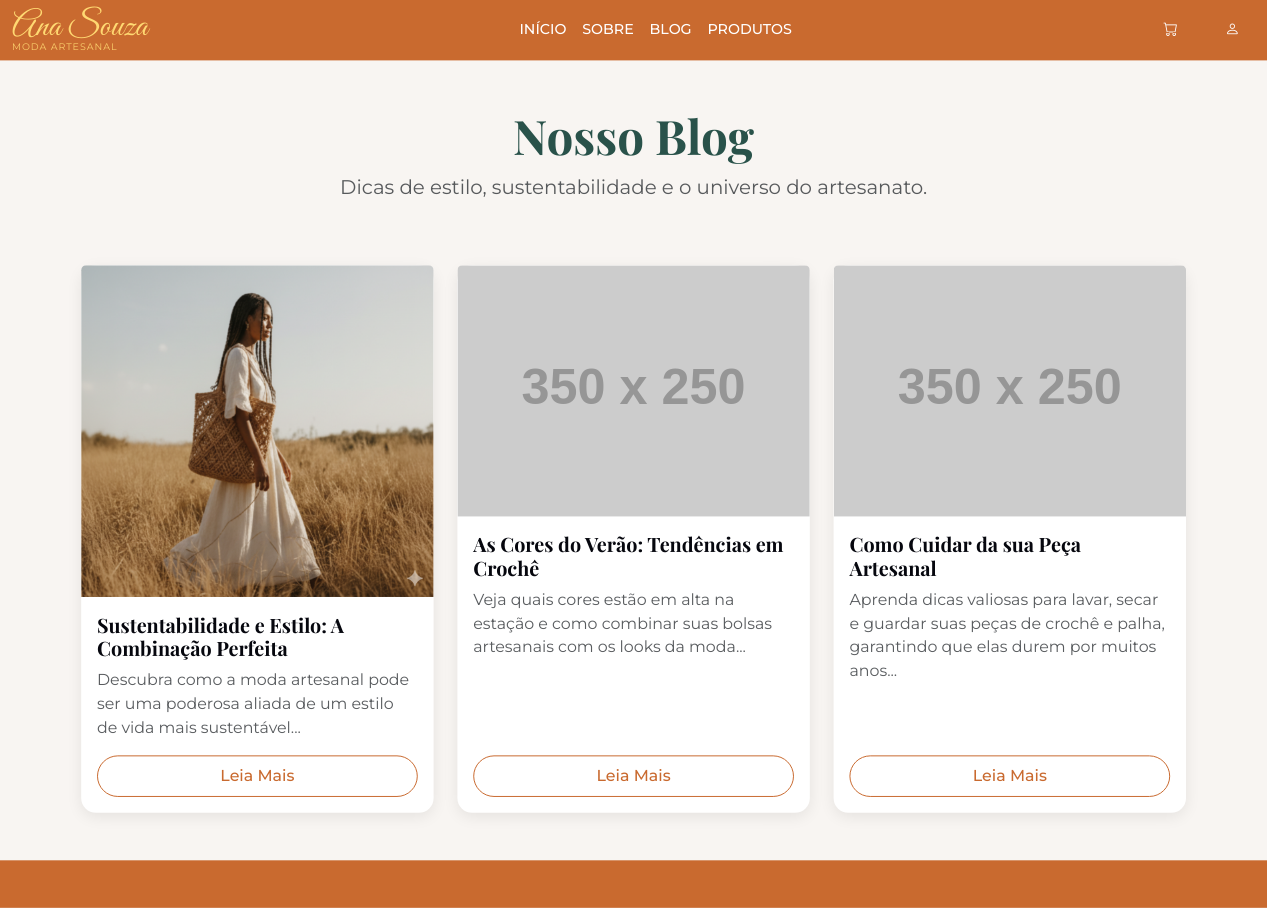
Repository: Lucascsg/projeto-anasouza-frontend
Page: blog.html
The author's editor kept a copy of each file at every save. The page is drawn from the files as they stood at one save, then again after the next save.
The browser window is 1280 px wide. The pictures show the whole page, at 99% of full size.

Above is the page before, as saved 2025-10-20 22:35:27.

### blog.html
<!DOCTYPE html>
<html lang="pt-br">
<head>
    <meta charset="UTF-8">
    <meta name="viewport" content="width=device-width, initial-scale=1.0">
    <title>Blog - Ana Souza</title>

    <link href="https://cdn.jsdelivr.net/npm/bootstrap@5.3.2/dist/css/bootstrap.min.css" rel="stylesheet" integrity="sha384-T3c6CoIi6uLrA9TneNEoa7RxnatzjcDSCmG1MXxSR1GAsXEV/Dwwykc2MPK8M2HN" crossorigin="anonymous">
    <link rel="stylesheet" href="css/style.css">
    <link rel="stylesheet" href="https://cdn.jsdelivr.net/npm/bootstrap-icons@1.11.1/font/bootstrap-icons.css">
    <link rel="preconnect" href="https://fonts.googleapis.com">
    <link rel="preconnect" href="https://fonts.gstatic.com" crossorigin>
    <link href="https://fonts.googleapis.com/css2?family=Montserrat:wght@400;500;600&family=Playfair+Display:wght@700&family=Great+Vibes&display=swap" rel="stylesheet">
    <link rel="stylesheet" href="https://unpkg.com/aos@next/dist/aos.css" />
</head>
<body>

    <header>
        <nav class="navbar navbar-expand-lg navbar-dark navbar-custom">
            <div class="container-fluid">
                <a class="navbar-brand logo-text" href="index.html">
                    <div>Ana Souza</div>
                    <small class="logo-subtitle">MODA ARTESANAL</small>
                </a>
                <button class="navbar-toggler" type="button" data-bs-toggle="collapse" data-bs-target="#navbarNav" aria-controls="navbarNav" aria-expanded="false" aria-label="Toggle navigation">
                    <span class="navbar-toggler-icon"></span>
                </button>
                <div class="collapse navbar-collapse" id="navbarNav">
                    <ul class="navbar-nav mx-auto">
                        <li class="nav-item"><a class="nav-link" href="index.html">Início</a></li>
                        <li class="nav-item"><a class="nav-link" href="index.html#sobre">Sobre</a></li>
                        <li class="nav-item"><a class="nav-link active" href="blog.html">Blog</a></li>
                        <li class="nav-item"><a class="nav-link" href="index.html#produtos">Produtos</a></li>
                    </ul>
                    <div class="navbar-icons d-flex">
                        <a href="carrinho.html" class="nav-link position-relative">
                            <i class="bi bi-cart"></i>
                            <span class="badge rounded-pill bg-danger position-absolute top-0 start-100 translate-middle" id="contador-carrinho" style="display: none;">0</span>
                        </a>
                        <a href="#" class="nav-link ms-3"><i class="bi bi-person"></i></a>
                    </div>
                </div>
            </div>
        </nav>
    </header>

    <main class="container my-5">
        <div class="row">
            <div class="col-12 text-center mb-5">
                <h1 class="display-5 fw-bold">Nosso Blog</h1>
                <p class="lead text-muted">Dicas de estilo, sustentabilidade e o universo do artesanato.</p>
            </div>
        </div>

        <div class="row gy-4" id="lista-posts">
            <div class="col-md-6 col-lg-4">
                <div class="card product-card h-100">
                    <img src="imagens/modelobolsa.png" class="card-img-top" alt="Post sobre Sustentabilidade">
                    <div class="card-body d-flex flex-column">
                        <h5 class="card-title">Sustentabilidade e Estilo: A Combinação Perfeita</h5>
                        <p class="card-text text-muted">Descubra como a moda artesanal pode ser uma poderosa aliada de um estilo de vida mais sustentável...</p>
                        <a href="#" class="btn btn-outline-dark mt-auto">Leia Mais</a>
                    </div>
                </div>
            </div>

            <div class="col-md-6 col-lg-4">
                <div class="card product-card h-100">
                    <img src="https://via.placeholder.com/350x250" class="card-img-top" alt="Post sobre Cores">
                    <div class="card-body d-flex flex-column">
                        <h5 class="card-title">As Cores do Verão: Tendências em Crochê</h5>
                        <p class="card-text text-muted">Veja quais cores estão em alta na estação e como combinar suas bolsas artesanais com os looks da moda...</p>
                        <a href="#" class="btn btn-outline-dark mt-auto">Leia Mais</a>
                    </div>
                </div>
            </div>

            <div class="col-md-6 col-lg-4">
                <div class="card product-card h-100">
                    <img src="https://via.placeholder.com/350x250" class="card-img-top" alt="Post sobre Cuidados">
                    <div class="card-body d-flex flex-column">
                        <h5 class="card-title">Como Cuidar da sua Peça Artesanal</h5>
                        <p class="card-text text-muted">Aprenda dicas valiosas para lavar, secar e guardar suas peças de crochê e palha, garantindo que elas durem por muitos anos...</p>
                        <a href="#" class="btn btn-outline-dark mt-auto">Leia Mais</a>
                    </div>
                </div>
            </div>
        </div>
    </main>

    <footer class="py-4 footer-custom">
       </footer>

    <script src="https://cdn.jsdelivr.net/npm/bootstrap@5.3.2/dist/js/bootstrap.bundle.min.js"></script>
    <script src="https://unpkg.com/aos@next/dist/aos.js"></script>
    <script src="js/blog.js"></script>
</body>
</html>

### css/style.css
/* =================================== */
/* VARIÁVEIS GLOBAIS E ESTILOS BASE    */
/* =================================== */
:root {
    /* Sua paleta de cores (mantive suas últimas alterações) */
    --cor-base-escura: #c96a2f;
    --cor-acao-vibrante: #854D27;
    --cor-detalhe-quente: #29524A;
    --cor-texto-escuro: #06070E;

    /* Cores Neutras e de Fundo */
    --cor-fundo-claro: #F8F5F2;
    --cor-texto-claro: #FFFFFF;
}

body {
    font-family: 'Montserrat', sans-serif;
    background-color: var(--cor-fundo-claro);
    color: var(--cor-texto-escuro);
}

h1, h2, h3, h4, h5, h6 {
    font-family: 'Playfair Display', serif;
    color: var(--cor-detalhe-quente);
}

/* =================================== */
/* ESTILOS DA BARRA DE NAVEGAÇÃO       */
/* =================================== */
.navbar-custom {
    background-color: var(--cor-base-escura);
}
/* ... (O resto dos estilos da navbar e do logo permanecem como você enviou) ... */
.navbar-brand.logo-text {
    display: flex;
    flex-direction: column;
    justify-content: center;
    padding: 0;
    position: relative;
    top: 2px;
}
.navbar-brand div {
    font-family: 'Great Vibes', cursive;
    font-size: 2.2rem;
    color: #FFD972 !important;
    line-height: 1;
    font-weight: normal;
}
.navbar-brand .logo-subtitle {
    font-family: 'Montserrat', sans-serif;
    font-size: 0.6rem;
    text-transform: uppercase;
    letter-spacing: 0.1em;
    display: block;
    opacity: 0.9;
    color: #FFD972;
    margin-top: -5px;
}
/* ... (outros estilos da navbar que você enviou) ... */
.navbar-custom .navbar-brand img {
    height: 40px;
}
.navbar-custom .nav-link {
    color: var(--cor-texto-claro);
    font-weight: 500;
    text-transform: uppercase;
    font-size: 0.9rem;
    padding: 0.5rem 1rem;
    transition: opacity 0.3s;
}
.navbar-custom .nav-link:hover {
    opacity: 0.8;
}
.navbar-icons a {
    color: var(--cor-texto-claro);
    font-size: 1.2rem;
    transition: opacity 0.3s;
}
.navbar-icons a:hover {
    opacity: 0.8;
}


/* =================================== */
/* ESTILOS DA SEÇÃO HERO (IMAGEM)      */
/* =================================== */
#hero {
    position: relative;
    height: 90vh;
    width: 100%;
    display: flex;
    align-items: center;
    justify-content: center;

    /* --- ATUALIZAÇÃO PARA IMAGEM DE FUNDO --- */
    background: url('../imagens/hero-background.jpg') no-repeat center center/cover;
}

#hero::after {
    content: '';
    position: absolute;
    top: 0;
    left: 0;
    width: 100%;
    height: 100%;
    background: rgba(0, 0, 0, 0.6);
    z-index: 1;
}

#hero .hero-content {
    position: relative;
    z-index: 2;
}

#hero .hero-content h1 {
    font-weight: 700;
    color: var(--cor-texto-claro);
}

#hero .hero-content .btn {
    border-radius: 50px;
    padding: 12px 30px;
    font-weight: 600;
}


/* ... (O resto do seu CSS continua exatamente como você enviou) ... */

/* =================================== */
/* ESTILOS GERAIS DAS SEÇÕES           */
/* =================================== */
section h2 {
    color: var(--cor-detalhe-quente);
    margin-bottom: 1rem;
}

/* =================================== */
/* ESTILOS DA SEÇÃO DE PRODUTOS        */
/* =================================== */
.product-card {
    border: none;
    border-radius: 15px;
    box-shadow: 0 4px 15px rgba(0, 0, 0, 0.08);
    transition: all 0.3s ease-in-out;
}
.product-card:hover {
    transform: translateY(-8px);
    box-shadow: 0 8px 25px rgba(0, 0, 0, 0.12);
}
.product-card .card-title {
    color: var(--cor-texto-escuro);
    font-weight: 600;
}
.product-card .btn {
    border-radius: 50px;
    padding: 8px 25px;
    font-weight: 500;
    border-color: var(--cor-base-escura);
    color: var(--cor-base-escura);
}
.product-card .btn:hover {
    background-color: var(--cor-base-escura);
    color: white;
}

/* =================================== */
/* ESTILOS DA SEÇÃO DE BLOG            */
/* =================================== */
.btn-custom-primary {
    background-color: var(--cor-acao-vibrante);
    color: white;
    border: none;
    border-radius: 50px;
    padding: 10px 30px;
    font-weight: 600;
    transition: all 0.3s;
}
.btn-custom-primary:hover {
    background-color: var(--cor-acao-vibrante);
    color: white;
    opacity: 0.9;
    transform: translateY(-2px);
}
#blog img {
    border-radius: 15px;
}

/* =================================== */
/* ESTILOS DO RODAPÉ (FOOTER)          */
/* =================================== */
.footer-custom {
    background-color: var(--cor-base-escura);
}
.footer-custom a {
    text-decoration: none;
    transition: opacity 0.3s;
}
.footer-custom a:hover {
    opacity: 0.8;
}

/* =================================== */
/* ESTILO DE SEÇÃO EM FORMATO DE CARD  */
/* =================================== */

.section-card {
    background-color: #c3c3c3; /* Fundo branco para o card */
    padding: 3rem 2rem;        /* Espaçamento interno generoso */
    border-radius: 20px;       /* As pontas curvadas que você pediu */
    box-shadow: 0 10px 30px rgba(0, 0, 0, 0.07); /* Sombra sutil para "flutuar" */
}

/* =================================== */
/* Estilos da Página de Produto        */
/* =================================== */

.product-price {
    color: var(--cor-detalhe-quente); /* Usando o verde/marrom dos títulos */
    font-weight: 600;
}

### js/blog.js
[
  {
    "id": 1,
    "titulo": "Sustentabilidade e Estilo: A Combinação Perfeita",
    "resumo": "Descubra como a moda artesanal pode ser uma poderosa aliada de um estilo de vida mais sustentável...",
    "imagem": "imagens/modelobolsa.png",
    "data": "15 de Outubro, 2025"
  },
  {
    "id": 2,
    "titulo": "As Cores do Verão: Tendências em Crochê",
    "resumo": "Veja quais cores estão em alta na estação e como combinar suas bolsas artesanais com os looks da moda...",
    "imagem": "https://via.placeholder.com/350x250",
    "data": "10 de Outubro, 2025"
  },
  {
    "id": 3,
    "titulo": "Como Cuidar da sua Peça Artesanal",
    "resumo": "Aprenda dicas valiosas para lavar, secar e guardar suas peças de crochê e palha, garantindo que elas durem por muitos anos...",
    "imagem": "https://via.placeholder.com/350x250",
    "data": "05 de Outubro, 2025"
  }
]

### blog.json
[
  {
    "id": 1,
    "titulo": "Sustentabilidade e Estilo: A Combinação Perfeita",
    "resumo": "Descubra como a moda artesanal pode ser uma poderosa aliada de um estilo de vida mais sustentável...",
    "imagem": "imagens/modelobolsa.png",
    "data": "15 de Outubro, 2025"
  },
  {
    "id": 2,
    "titulo": "As Cores do Verão: Tendências em Crochê",
    "resumo": "Veja quais cores estão em alta na estação e como combinar suas bolsas artesanais com os looks da moda...",
    "imagem": "https://via.placeholder.com/350x250",
    "data": "10 de Outubro, 2025"
  },
  {
    "id": 3,
    "titulo": "Como Cuidar da sua Peça Artesanal",
    "resumo": "Aprenda dicas valiosas para lavar, secar e guardar suas peças de crochê e palha, garantindo que elas durem por muitos anos...",
    "imagem": "https://via.placeholder.com/350x250",
    "data": "05 de Outubro, 2025"
  }
]

After the next save:
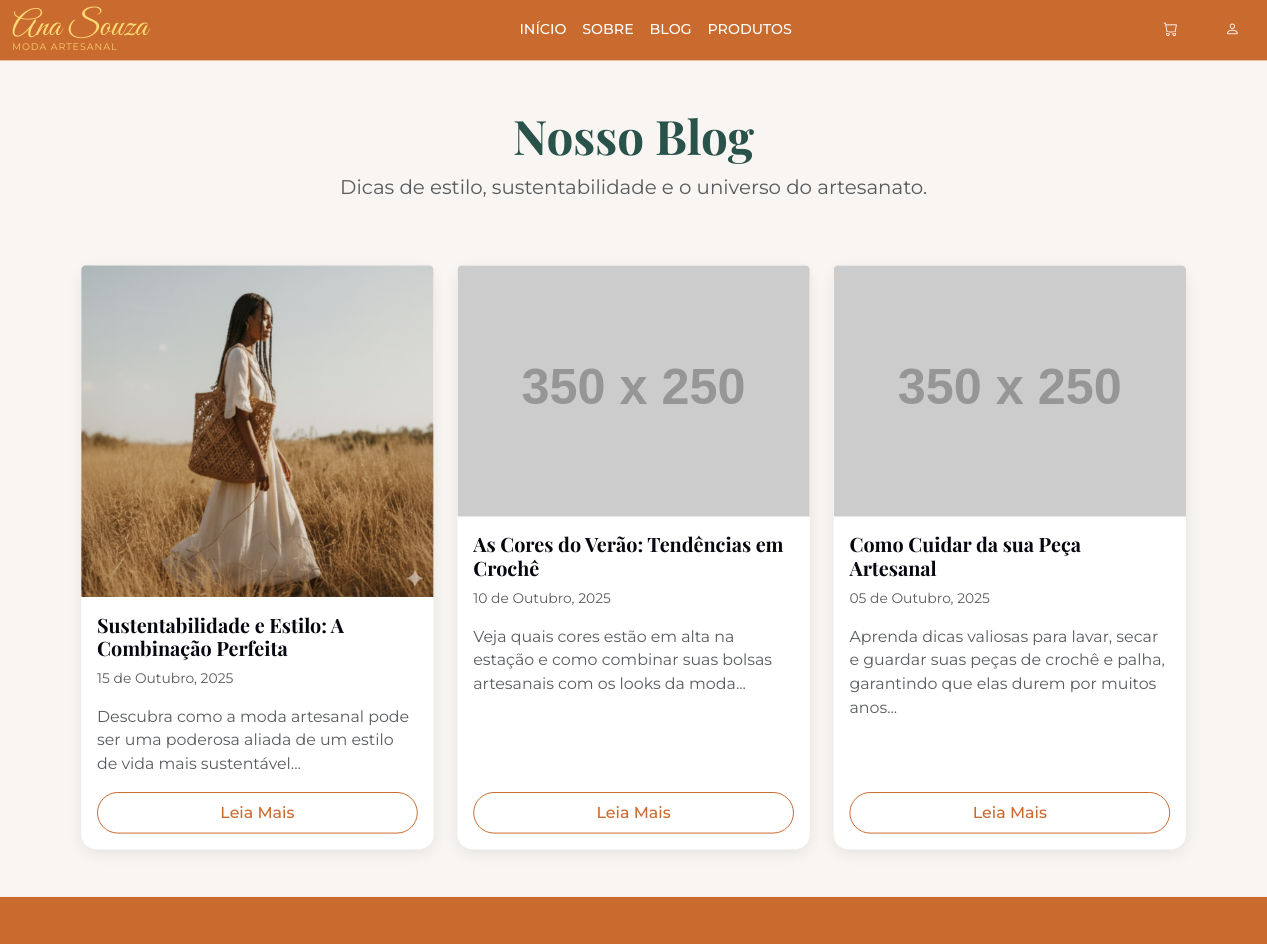
Saved 10 s later.
--- a/js/blog.js
+++ b/js/blog.js
@@ -1,23 +1,54 @@
-[
-  {
-    "id": 1,
-    "titulo": "Sustentabilidade e Estilo: A Combinação Perfeita",
-    "resumo": "Descubra como a moda artesanal pode ser uma poderosa aliada de um estilo de vida mais sustentável...",
-    "imagem": "imagens/modelobolsa.png",
-    "data": "15 de Outubro, 2025"
-  },
-  {
-    "id": 2,
-    "titulo": "As Cores do Verão: Tendências em Crochê",
-    "resumo": "Veja quais cores estão em alta na estação e como combinar suas bolsas artesanais com os looks da moda...",
-    "imagem": "https://via.placeholder.com/350x250",
-    "data": "10 de Outubro, 2025"
-  },
-  {
-    "id": 3,
-    "titulo": "Como Cuidar da sua Peça Artesanal",
-    "resumo": "Aprenda dicas valiosas para lavar, secar e guardar suas peças de crochê e palha, garantindo que elas durem por muitos anos...",
-    "imagem": "https://via.placeholder.com/350x250",
-    "data": "05 de Outubro, 2025"
-  }
-]
+document.addEventListener('DOMContentLoaded', function() {
+    carregarPosts();
+    atualizarContadorCarrinho(); // Garante que o contador do carrinho funcione nesta página também
+    AOS.init();
+});
+
+async function carregarPosts() {
+    const listaPosts = document.getElementById('lista-posts');
+    if (!listaPosts) return;
+
+    try {
+        const response = await fetch('blog.json');
+        const posts = await response.json();
+
+        listaPosts.innerHTML = ''; // Limpa o container
+
+        posts.forEach(post => {
+            const postHTML = `
+                <div class="col-md-6 col-lg-4" data-aos="fade-up">
+                    <div class="card product-card h-100">
+                        <img src="${post.imagem}" class="card-img-top" alt="${post.titulo}">
+                        <div class="card-body d-flex flex-column">
+                            <h5 class="card-title">${post.titulo}</h5>
+                            <p class="card-text text-muted small">${post.data}</p>
+                            <p class="card-text text-muted">${post.resumo}</p>
+                            <a href="#" class="btn btn-outline-dark mt-auto">Leia Mais</a>
+                        </div>
+                    </div>
+                </div>
+            `;
+            listaPosts.innerHTML += postHTML;
+        });
+
+    } catch (error) {
+        console.error('Erro ao carregar os posts do blog:', error);
+        listaPosts.innerHTML = '<p class="text-danger">Não foi possível carregar os posts no momento.</p>';
+    }
+}
+
+// Função para manter o contador do carrinho atualizado
+function atualizarContadorCarrinho() {
+    let carrinho = JSON.parse(localStorage.getItem('carrinho')) || [];
+    const totalItens = carrinho.reduce((total, item) => total + item.quantidade, 0);
+    const contadorElemento = document.getElementById('contador-carrinho');
+
+    if (contadorElemento) {
+        if (totalItens > 0) {
+            contadorElemento.textContent = totalItens;
+            contadorElemento.style.display = 'inline';
+        } else {
+            contadorElemento.style.display = 'none';
+        }
+    }
+}
